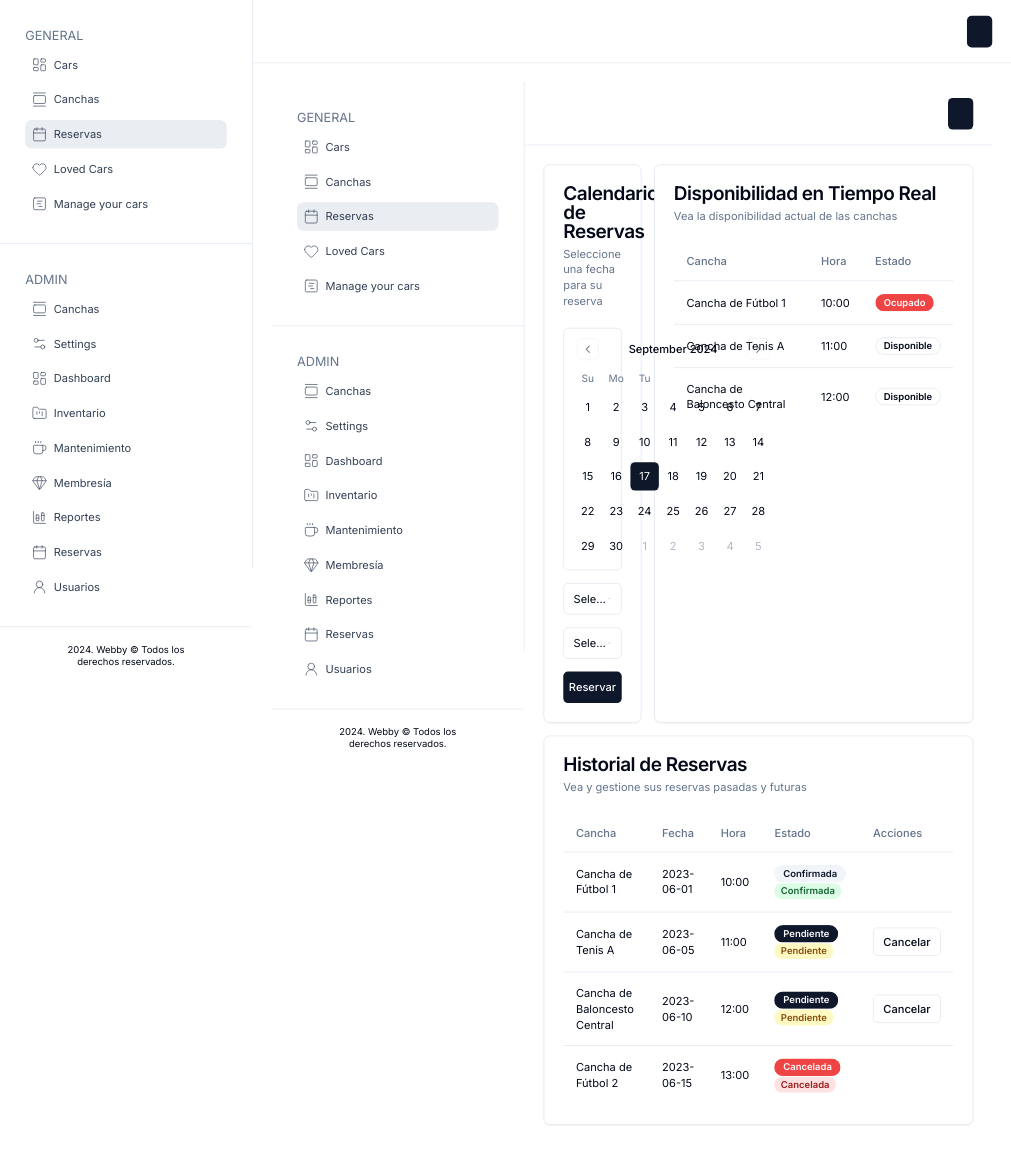
Repository: Jackson-sch/cdeporte
Page: /reservas
These files come from the project's save history. The page is drawn as it stood at one moment and after the next save; the edit follows.
The browser window is 1280 px wide. The pictures show the whole page, at 79% of full size.
The project was rebuilt for these pictures with package versions that can differ from the ones it lists, and the page was loaded fresh each time. The framework's server and built-in components were replaced by stand-ins that run in the browser. Also part of the build but not shown: next.config.mjs, src/components/ui/label.jsx, src/components/ui/input.jsx, src/components/Reservas/HistorialReserva.jsx.

Above is the page before, as saved 2024-09-17 20:19:15.

After the next save:
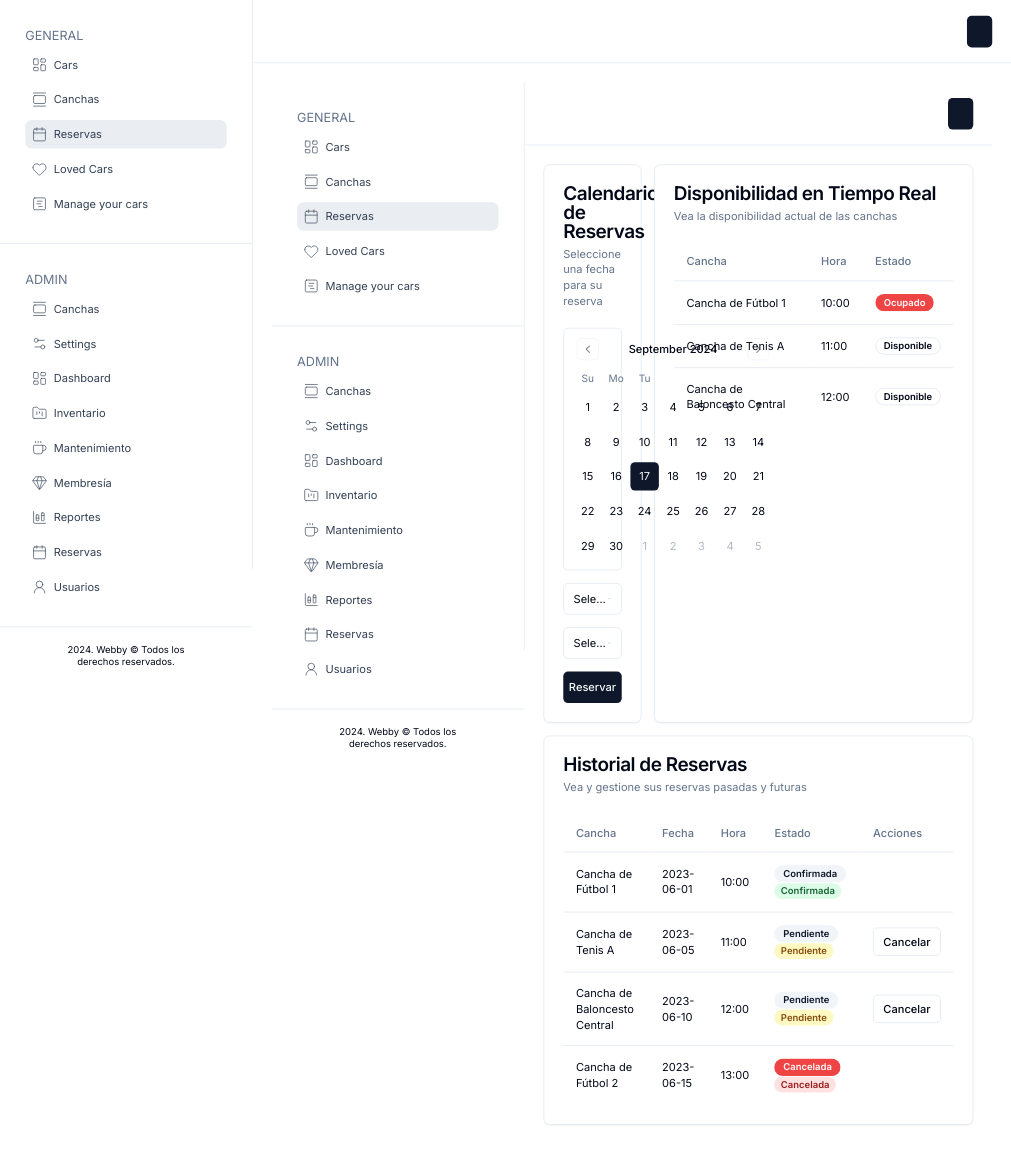
Saved 12 s later.
--- a/src/components/Reservas/ReservationHistory.jsx
+++ b/src/components/Reservas/ReservationHistory.jsx
@@ -103,7 +103,7 @@ export default function ReservationHistory() {
                         ? "secondary"
                         : reservation.status === "Cancelada"
                         ? "destructive"
-                        : "default"
+                        : "secondary"
                     }
                   >
                     {reservation.status}
